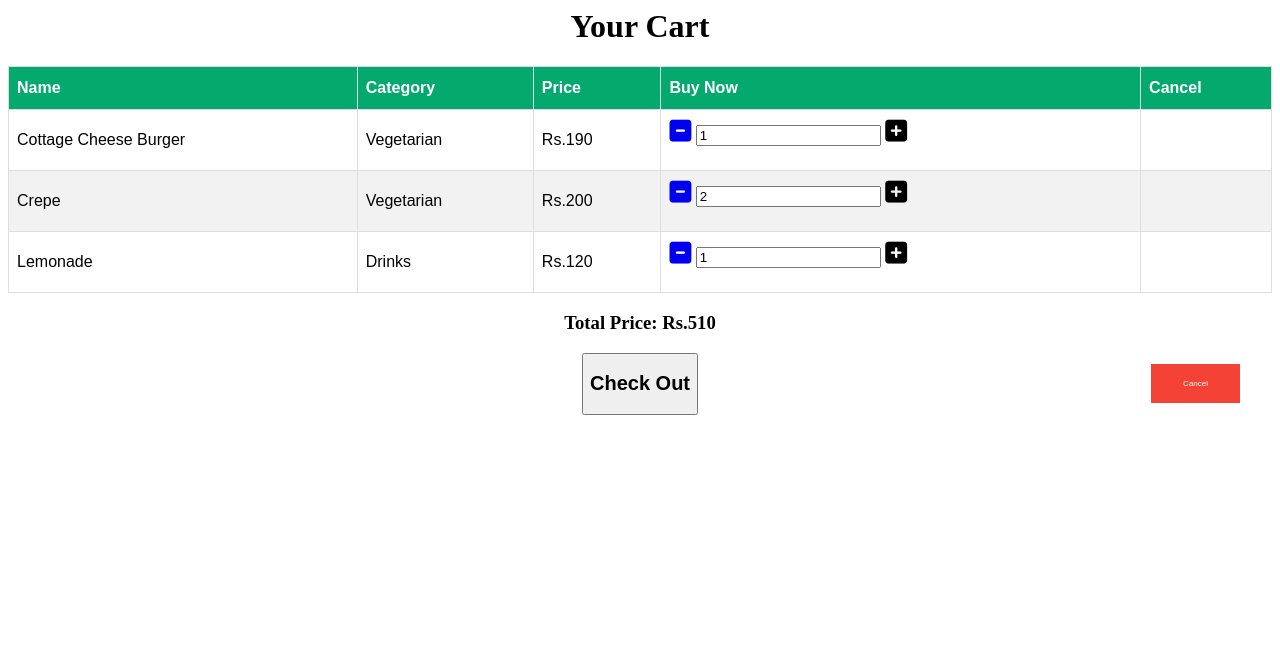
Repository: Shreya200012/FoodBox
Page: http://localhost/foodWeb/cart.jsp
These files come from the project's save history. The page is drawn as it stood at one moment and after the next save; the edit follows.
The browser window is 1280 px wide. The pictures show the whole page.
Some web libraries are served in a nearby version. The page is served by Tomcat 9.

Above is the page before, as saved 2022-06-14 17:29:50.

After the next save:
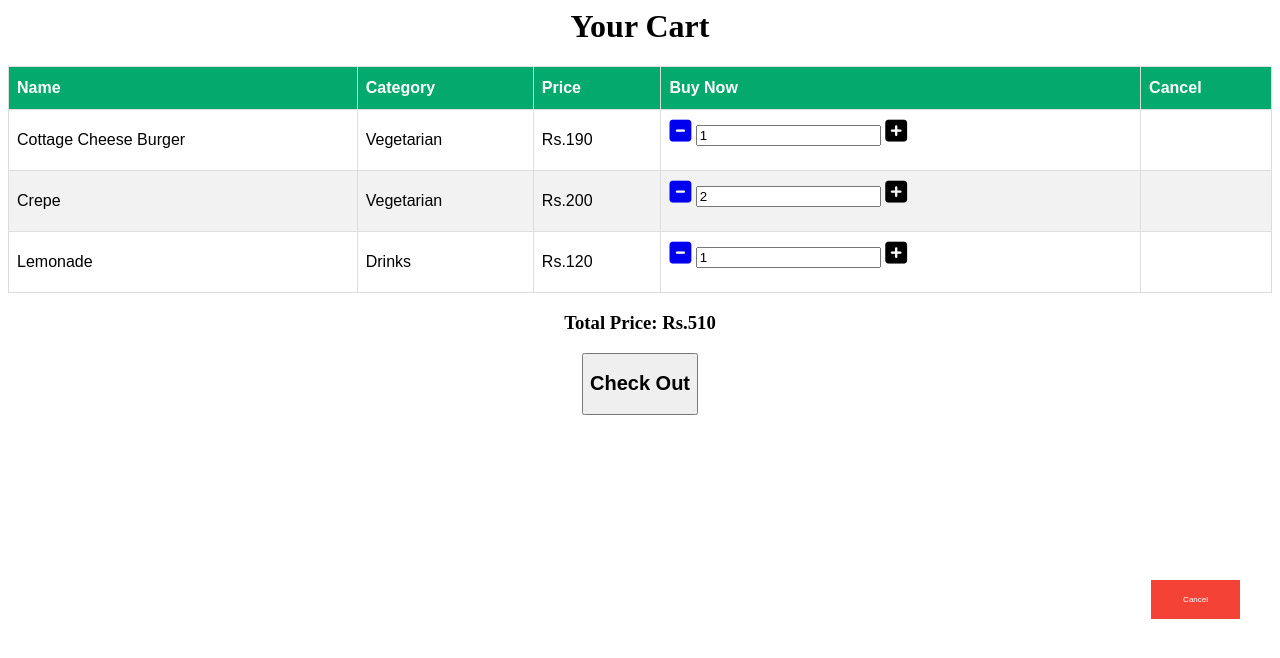
Saved 19 s later.
--- a/foodWeb/src/main/webapp/cart.jsp
+++ b/foodWeb/src/main/webapp/cart.jsp
@@ -55,7 +55,7 @@
 
 .button {
     position: absolute;
-    top: 50%;
+    top: 80%;
 }
 
 </style>
